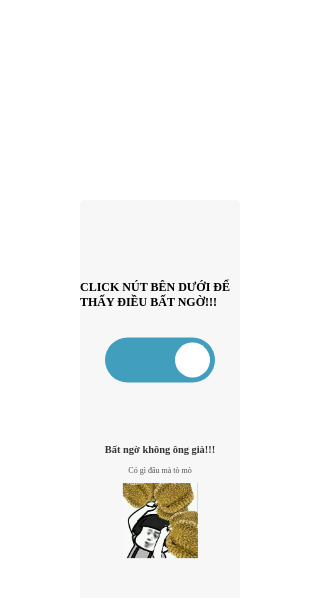
Repository: haokiet2501/troll-my-react
Page: /, after clicking the first element matching `div.toggle-center`
The author's editor kept a copy of each file at every save. The page is drawn from the files as they stood at one save, then again after the next save.
The browser window is 320 px wide. The pictures show the whole page.
The project was rebuilt for these pictures with package versions that can differ from the ones it lists, and the page was loaded fresh each time.

Above is the page before, as saved 2022-07-30 23:40:06.

After the next save:
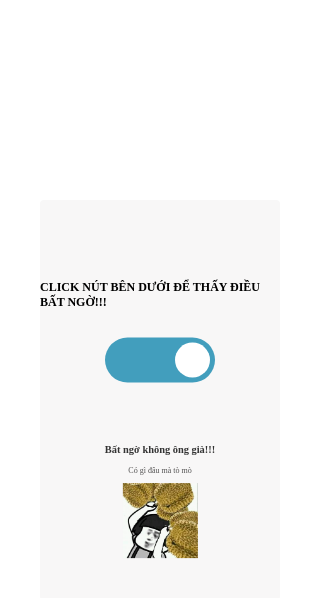
Saved 5 s later.
--- a/src/index.css
+++ b/src/index.css
@@ -96,7 +96,7 @@ p {
 
 @media screen and (max-width: 320px) {
   .toggle-center {
-    width: 10rem;
+    width: 15rem;
   }
 
   .toggle-title {
